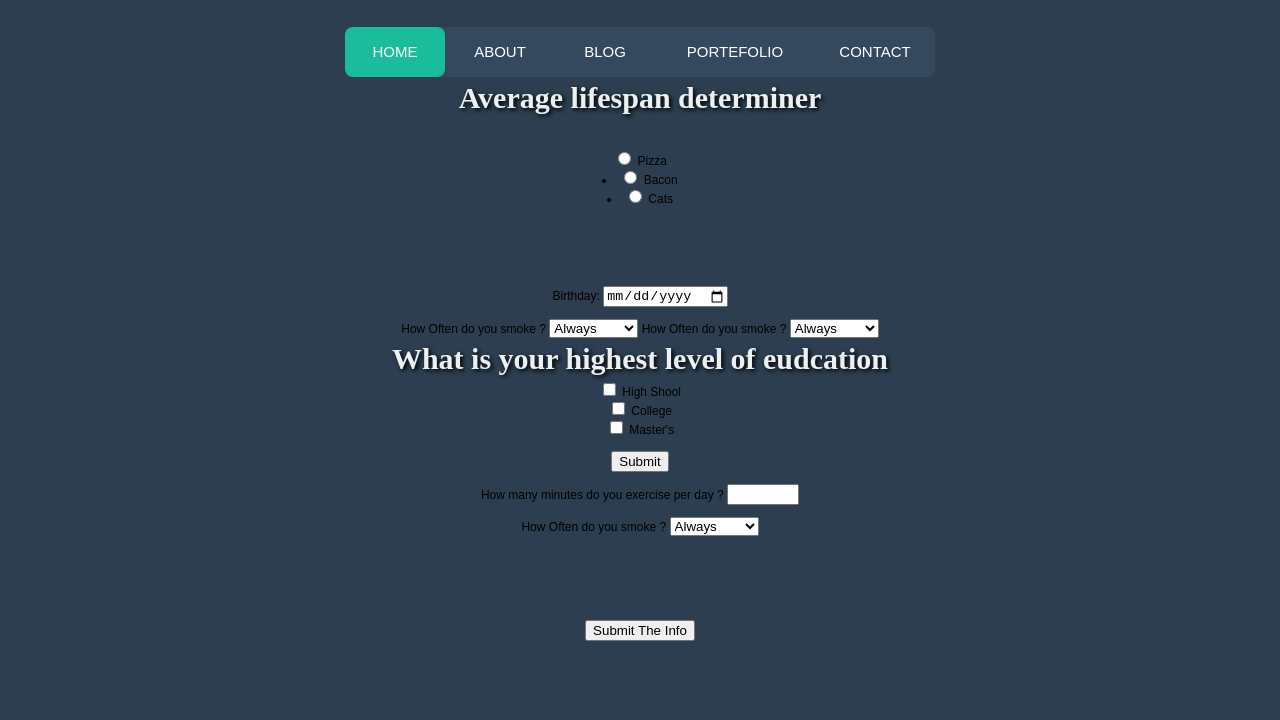
Repository: navid-amini12/capstone-1
Page: wordgame.html
An editor plug-in stored every save of this project. The page is shown before and after the next save, followed by the edit.
The browser window is 1280 px wide. The pictures show the whole page.

Above is the page before, as saved 2022-06-01 12:29:14.

### wordgame.html


  <link rel="stylesheet" type="text/css" href="Life.css">






<!-- NAVATION STARTING  -->

<nav class ="mynavigation">
  <a href="#">Home</a>
  <a href="#">About</a>
  <a href="#">Blog</a>
  <a href="#">Portefolio</a>
  <a href="#">Contact</a>
  <div class="animation start-home"></div>
</nav>
  <!-- NAVIGATION ENDING -->
    <h1>Average lifespan determiner</h1>









      <div class = "container90">  <input type="radio" id="f-option" name="selector">
        <label for="f-option">Pizza</label>

        <div class="check"></div>
      </li>

      <li>
        <input type="radio" id="s-option" name="selector">
        <label for="s-option">Bacon</label>

        <div class="check"><div class="inside"></div></div>
      </li>

      <li>
        <input type="radio" id="t-option" name="selector">
        <label for="t-option">Cats</label>

        <div class="check"><div class="inside"></div></div>

   </div>






















  <div class = "left"><form action="/action_page.php">
    <label for="birthday">Birthday:</label>
    <input type="date" id="birthday" name="birthday">

  </form>

<label for="cars">How Often do you smoke ?</label>

<select id="questions">
<option value="volvo">Always</option>
<option value="saab">Often</option>
<option value="opel">Sometimes</option>
<option value="audi">Rarely</option>
<option value="audi">Never</option>
</select>

<label for="cars">How Often do you smoke ?</label>

<select id="questions">
<option value="volvo">Always</option>
<option value="saab">Often</option>
<option value="opel">Sometimes</option>
<option value="audi">Rarely</option>
<option value="audi">Never</option>
</select>

<h1>What is your highest level of eudcation</h1>

<form id = "checkbox1">
<input type="checkbox" id="vehicle1" name="vehicle1" value="Bike">
<label for="vehicle1"> High Shool</label><br>
<input type="checkbox" id="vehicle2" name="vehicle2" value="Car">
<label for="vehicle2"> College</label><br>
<input type="checkbox" id="vehicle3" name="vehicle3" value="Boat">
<label for="vehicle3"> Master's</label><br><br>
<input type="submit" value="Submit">
</form>

<form>
  <label for="quantity">How many minutes do you exercise per day ? </label>
  <input type="number" id="quantity" name="quantity" min="0" max="1000">
</form>




<label for="cars">How Often do you smoke ?</label>

<select id="myquestions">
<option value="always">Always</option>
<option value="often">Often</option>
<option value="sometimes">Sometimes</option>
<option value="rarely">Rarely</option>
<option value="never">Never</option>
</select>
<br>
<br>
<br>
<br>


<br>
<br>
<br>
<button id = "submitInfo">Submit The Info</button></div>





<!-- <input id = "submitInfo" type="button" value = "Submit Info" onclick="alert('Submitting INfo');" /></div> -->

  </div>



  <!-- <input id = "submitInfo" type="button" value = "Submit Info" onclick="alert('Submitting INfo');" /> -->


















  <body class="container">
    <ul id="people" class=""></ul>


    <script src="https://unpkg.com/axios/dist/axios.min.js"></script>
    <script>

      document.getElementById("submitInfo").onclick = function () {
        axios
          .get("http://localhost:4000/api/users")
          .then(function (response) {
            var e = document.getElementById("myquestions");
            var strUser = e.options[e.selectedIndex].text;


            var x = document.getElementById("vehicle1").value;




     if (strUser == "Never") {

         alert(x)



       alert( document.getElementById("people").innerHTML = response.data[0] )

    }
          })


          .catch(function (err) {
            document.getElementById("people").innerHTML =
              '<li class="text-danger">' + err.message + "</li>";
          });
      };
    </script>

### Life.css


.container90 {
  padding: 30px;
  text-align: center;

}


ul li{
  color: #AAAAAA;
  display: block;
  position: relative;
  float: left;
  width: 10%;
  height: 100px;
	border-bottom: 1px solid #333;
}

/*
ul li label{
  display: block;
  position: relative;
  font-weight: 300;
  font-size: 1.35em;
  padding: 25px 25px 25px 80px;
  margin: 10px auto;
  height: 30px;
  z-index: 9;
  cursor: pointer;
  -webkit-transition: all 0.25s linear;
} */

ul li:hover label{
	color: #FFFFFF;
}

ul li .check{
  display: block;
  position: absolute;
  border: 5px solid #AAAAAA;
  border-radius: 100%;
  height: 25px;
  width: 25px;
  top: 30px;
  left: 20px;
	z-index: 5;
	transition: border .25s linear;
	-webkit-transition: border .25s linear;
}

ul li:hover .check {
  border: 5px solid #FFFFFF;
}

ul li .check::before {
  display: block;
  position: absolute;
	content: '';
  border-radius: 100%;
  height: 15px;
  width: 15px;
  top: 5px;
	left: 5px;
  margin: auto;
	transition: background 0.25s linear;
	-webkit-transition: background 0.25s linear;
}

input[type=radio]:checked ~ .check {
  border: 5px solid #0DFF92;
}

input[type=radio]:checked ~ .check::before{
  background: #0DFF92;
}

input[type=radio]:checked ~ label{
  color: #0DFF92;
}

.signature {
	margin: 10px auto;
	padding: 10px 0;
	width: 100%;
}

.signature p{
	text-align: center;
	font-family: Helvetica, Arial, Sans-Serif;
	font-size: 0.85em;
	color: #AAAAAA;
}

.signature .much-heart{
	display: inline-block;
	position: relative;
	margin: 0 4px;
	height: 10px;
	width: 10px;
	background: #AC1D3F;
	border-radius: 4px;
	-ms-transform: rotate(45deg);
    -webkit-transform: rotate(45deg);
    transform: rotate(45deg);
}

.signature .much-heart::before,
.signature .much-heart::after {
	  display: block;
  content: '';
  position: absolute;
  margin: auto;
  height: 10px;
  width: 10px;
  border-radius: 5px;
  background: #AC1D3F;
  top: -4px;
}

.signature .much-heart::after {
	bottom: 0;
	top: auto;
	left: -4px;
}

.signature a {
	color: #AAAAAA;
	text-decoration: none;
	font-weight: bold;
}


/* Styles for alert...
by the way it is so weird when you look at your code a couple of years after you wrote it XD */









/* startin of navtation css */

.left {
  margin-top: 50px;
  text-align: center;
}






nav {
  margin: 27px auto 0;

  position: relative;
  width: 590px;
  height: 50px;
  background-color: #34495e;
  border-radius: 8px;
  font-size: 0;
}
nav a {
  line-height: 50px;
  height: 100%;
  font-size: 15px;
  display: inline-block;
  position: relative;
  z-index: 1;
  text-decoration: none;
  text-transform: uppercase;
  text-align: center;
  color: white;
  cursor: pointer;
}
nav .animation {
  position: absolute;
  height: 100%;
  top: 0;
  z-index: 0;
  transition: all .5s ease 0s;
  border-radius: 8px;
}
a:nth-child(1) {
  width: 100px;
}
a:nth-child(2) {
  width: 110px;
}
a:nth-child(3) {
  width: 100px;
}
a:nth-child(4) {
  width: 160px;
}
a:nth-child(5) {
  width: 120px;
}
nav .start-home, a:nth-child(1):hover~.animation {
  width: 100px;
  left: 0;
  background-color: #1abc9c;
}
nav .start-about, a:nth-child(2):hover~.animation {
  width: 110px;
  left: 100px;
  background-color: #e74c3c;
}
nav .start-blog, a:nth-child(3):hover~.animation {
  width: 100px;
  left: 210px;
  background-color: #3498db;
}
nav .start-portefolio, a:nth-child(4):hover~.animation {
  width: 160px;
  left: 310px;
  background-color: #9b59b6;
}
nav .start-contact, a:nth-child(5):hover~.animation {
  width: 120px;
  left: 470px;
  background-color: #e67e22;
}

body {
  font-size: 12px;
  font-family: sans-serif;
  background: #2c3e50;
}
h1 {
  text-align: center;
  margin: 40px 0 40px;
  text-align: center;
  font-size: 30px;
  color: #ecf0f1;
  text-shadow: 2px 2px 4px #000000;
  font-family: 'Cherry Swash', cursive;
}

p {
    position: absolute;
    bottom: 20px;
    width: 100%;
    text-align: center;
    color: #ecf0f1;
    font-family: 'Cherry Swash',cursive;
    font-size: 16px;
}

span {
    color: #2BD6B4;
}




/* Navigation  */

/*
@import url('https://fonts.googleapis.com/css?family=Lobster&display=swap') repeat scroll 0 0 rgba(0, 0, 0 , 0);

body {
  background: #fff;
}

.title {
  font-size: 2.5rem;
  font-family: 'Lobster', cursive;
}

.container {
  animation: scroll 70s linear infinite;
  background: url("https://images.unsplash.com/photo-1465146633011-14f8e0781093?ixlib=rb-1.2.1&ixid=eyJhcHBfaWQiOjEyMDd9&auto=format&fit=crop&w=3450&q=80"), #111111;
  color: #eee;
  height: 100vh;
  min-width: 360px;
  width: 100%;
  display: flex;
  justify-content: center;
  align-items: center;
  perspective: 1000px;
  perspective-origin: 50% 50%;

}

@keyframes scroll {
   100%{
    background-position:0px -3000px;
  }
}

@media (prefers-reduced-motion) {
  .container {
    animation: scroll 200s linear infinite;
  }
}

@media (min-width: 670px) {
  .title {
    font-size: 5rem;
  }
}

#modalContainer {
  background-color:rgba(0, 0, 0, 0.3);
  position:absolute;
  top:0;
  width:100%;
  height:100%;
  left:0px;
  z-index:10000;
  background-image:url(tp.png); /* required by MSIE to prevent actions on lower z-index elements */
}

#alertBox {
  position:relative;
  width:33%;
  min-height:20%;
  max-height:35%;
  margin-top:50px;
  border:1px solid #fff;
  background-color:#fff;
  background-repeat:no-repeat;
  top:30%;
}

#modalContainer > #alertBox {
  position:fixed;
}

#alertBox h1 {
  margin:0;
  font:bold 1em Raleway,arial;
  background-color:#f97352;
  color:#FFF;
  border-bottom:1px solid #f97352;
  padding:10px 0 10px 5px;
}


#alertBox #closeBtn {
  display:block;
  position:relative;
  margin:100px auto 100px auto;
  padding:7px;
  border:0 none;
  width:70px;
  text-transform:uppercase;
  text-align:center;
  color:#FFF;
  background-color:#f97352;
  border-radius: 0px;
  text-decoration:none;
  outline:0!important;
}

/* unrelated styles */

#mContainer {
  position:relative;
  width:600px;
  margin:auto;
  padding:5px;
  border-top:2px solid #fff;
  border-bottom:2px solid #fff;
}

h1,h2 {
  margin:0;
  padding:4px;
}

code {
  font-size:1.2em;
  color:#069;
}

#credits {
  position:relative;
  margin:25px auto 0px auto;
  width:350px;
  font:0.7em verdana;
  border-top:1px solid #000;
  border-bottom:1px solid #000;
  height:90px;
  padding-top:4px;
}

#credits img {
  float:left;
  margin:5px 10px 5px 0px;
  border:1px solid #000000;
  width:80px;
  height:79px;
}

.important {
  background-color:#F5FCC8;
  padding:2px;

}

@media (max-width: 600px)
{
  #alertBox {
  position:relative;
  width:90%;
  top:30%;
}


 */

After the next save:
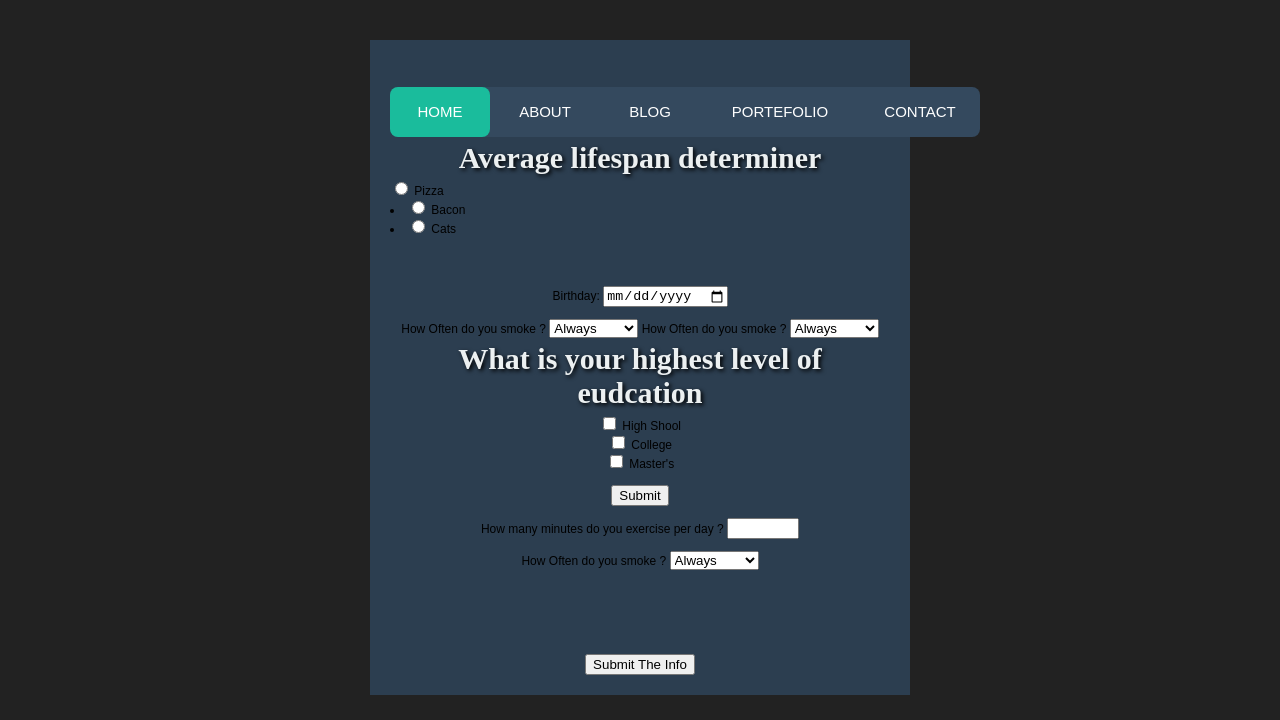
Saved 32 s later.
--- a/Life.css
+++ b/Life.css
@@ -1,23 +1,46 @@
-
-
-.container90 {
-  padding: 30px;
-  text-align: center;
-
-}
-
+@import url('https://fonts.googleapis.com/css?family=Lato');
+
+body, html{
+  height: 100%;
+  background: #222222;
+	font-family: 'Lato', sans-serif;
+}
+
+.container{
+  display: block;
+  position: relative;
+  margin: 40px auto;
+  height: auto;
+  width: 500px;
+  padding: 20px;
+}
+
+h2 {
+	color: #AAAAAA;
+}
+
+.container ul{
+  list-style: none;
+  margin: 0;
+  padding: 0;
+	overflow: auto;
+}
 
 ul li{
   color: #AAAAAA;
   display: block;
   position: relative;
   float: left;
-  width: 10%;
+  width: 100%;
   height: 100px;
 	border-bottom: 1px solid #333;
 }
 
-/*
+ul li input[type=radio]{
+  position: absolute;
+  visibility: hidden;
+}
+
 ul li label{
   display: block;
   position: relative;
@@ -29,7 +52,7 @@ ul li label{
   z-index: 9;
   cursor: pointer;
   -webkit-transition: all 0.25s linear;
-} */
+}
 
 ul li:hover label{
 	color: #FFFFFF;
@@ -134,8 +157,33 @@ input[type=radio]:checked ~ label{
 /* Styles for alert...
 by the way it is so weird when you look at your code a couple of years after you wrote it XD */
 
-
-
+.alert {
+	box-sizing: border-box;
+	background-color: #BDFFE1;
+	width: 100%;
+	position: relative;
+	top: 0;
+	left: 0;
+	z-index: 300;
+	padding: 20px 40px;
+	color: #333;
+}
+
+.alert h2 {
+	font-size: 22px;
+	color: #232323;
+	margin-top: 0;
+}
+
+.alert p {
+	line-height: 1.6em;
+	font-size:18px;
+}
+
+.alert a {
+	color: #232323;
+	font-weight: bold;
+}
 
 
 
